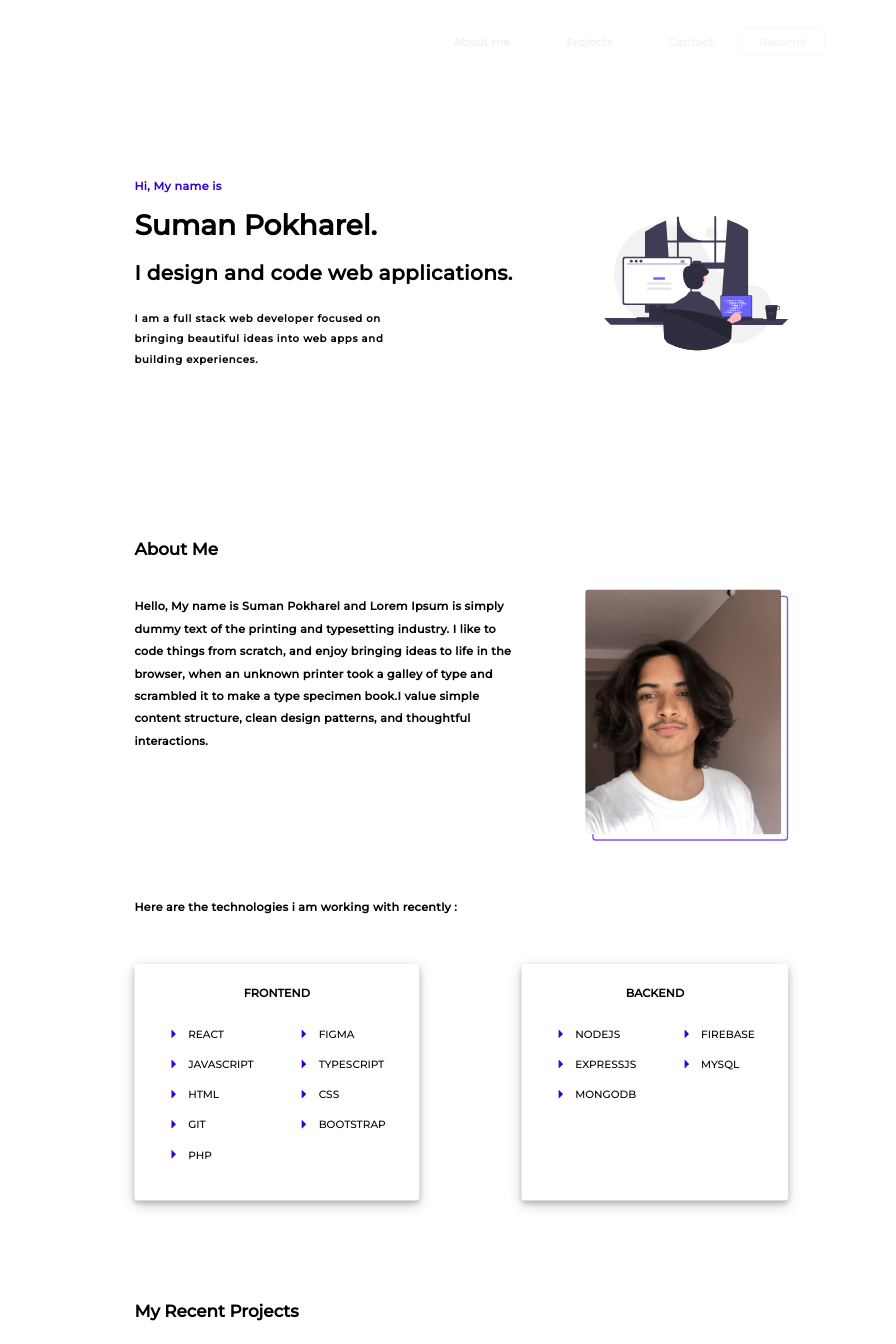
Repository: iamsumanp/portfolio
Page: /
The author's editor kept a copy of each file at every save. The page is drawn from the files as they stood at one save, then again after the next save.
The browser window is 1280 px wide. The pictures show the part of the page from y = 0 to 1920 px (the page is 4345 px tall), at 70% of full size.
The project was rebuilt for these pictures with package versions that can differ from the ones it lists, and the page was loaded fresh each time.

Above is the page before, as saved 2022-07-09 23:13:49.

After the next save:
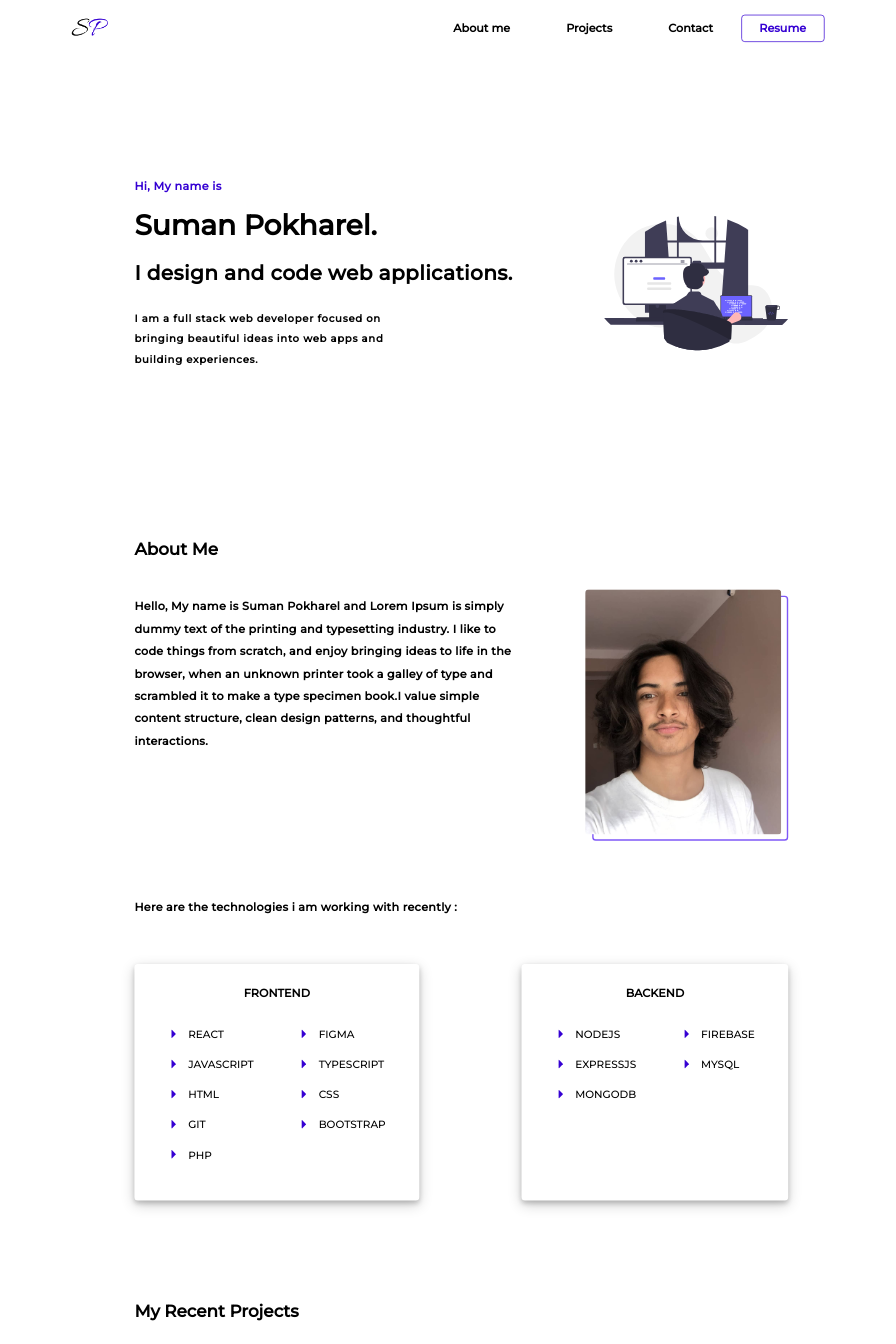
Saved 35 s later.
--- a/src/Components/NavBar.tsx
+++ b/src/Components/NavBar.tsx
@@ -13,20 +13,20 @@
   };
 
   useEffect(() => {
-    tl.current = gsap
-      .timeline()
-      .from(q(".logoImg"), {
-        y: 20,
-        opacity: 0,
-        duration: 0.7,
-        ease: "Power3.easeIn",
-      })
-      .from(q(".navUl"), {
-        y: 20,
-        opacity: 0,
-        duration: 0.7,
-        stagger: 0.5,
-      });
+    // tl.current = gsap
+    //   .timeline()
+    //   .from(q(".logoImg"), {
+    //     y: 20,
+    //     opacity: 0,
+    //     duration: 0.7,
+    //     ease: "Power3.easeIn",
+    //   })
+    //   .from(q(".navUl"), {
+    //     y: 20,
+    //     opacity: 0,
+    //     duration: 0.7,
+    //     stagger: 0.5,
+    //   });
   });
   return (
     <nav className="navBar" ref={navRef}>

After the 3 saves that followed:
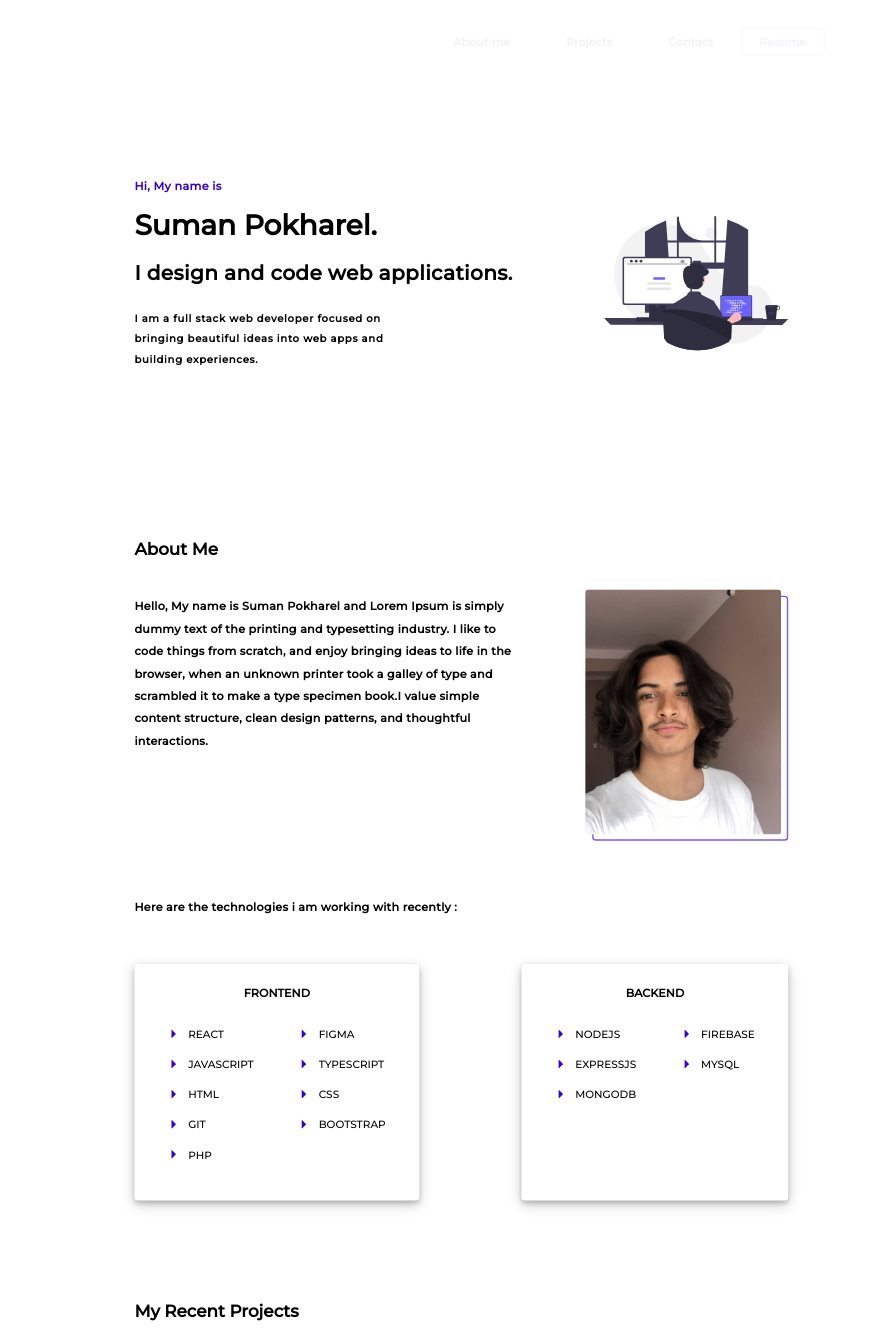
The 3 saves are shown as one change because 2 left the picture as it was.
The last was saved 42 s later.
--- a/src/Components/NavBar.tsx
+++ b/src/Components/NavBar.tsx
@@ -13,20 +13,20 @@
   };
 
   useEffect(() => {
-    // tl.current = gsap
-    //   .timeline()
-    //   .from(q(".logoImg"), {
-    //     y: 20,
-    //     opacity: 0,
-    //     duration: 0.7,
-    //     ease: "Power3.easeIn",
-    //   })
-    //   .from(q(".navUl"), {
-    //     y: 20,
-    //     opacity: 0,
-    //     duration: 0.7,
-    //     stagger: 0.5,
-    //   });
+    tl.current = gsap
+      .timeline()
+      .from(q(".logoImg"), {
+        y: 20,
+        opacity: 0,
+        duration: 0.7,
+        ease: "Power3.easeIn",
+      })
+      .from(q(".navUl"), {
+        y: 20,
+        opacity: 0,
+        duration: 0.7,
+        stagger: 0.5,
+      });
   });
   return (
     <nav className="navBar" ref={navRef}>
